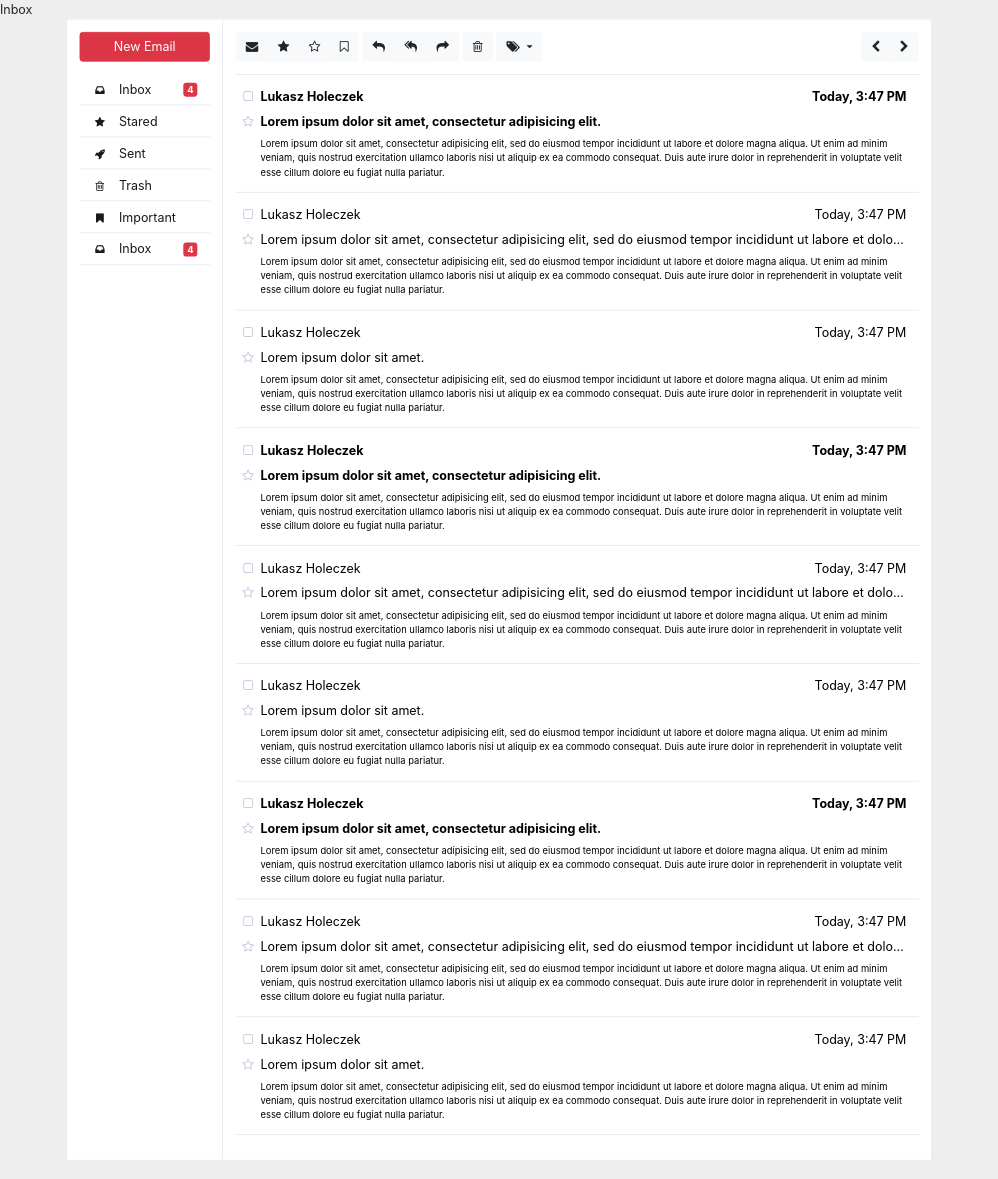
Repository: lastbronx41/bootstrap_mail
Page: inbox.html
These files come from the project's save history. The page is drawn as it stood at one moment and after a run of saves; the edit follows.
The browser window is 1280 px wide. The pictures show the whole page, at 78% of full size.
Some icons come from a web library that is not loaded, so they are not drawn. Some web libraries are served in a nearby version.

Above is the page before, as saved 2022-11-19 20:45:04.

After the next 2 saves:
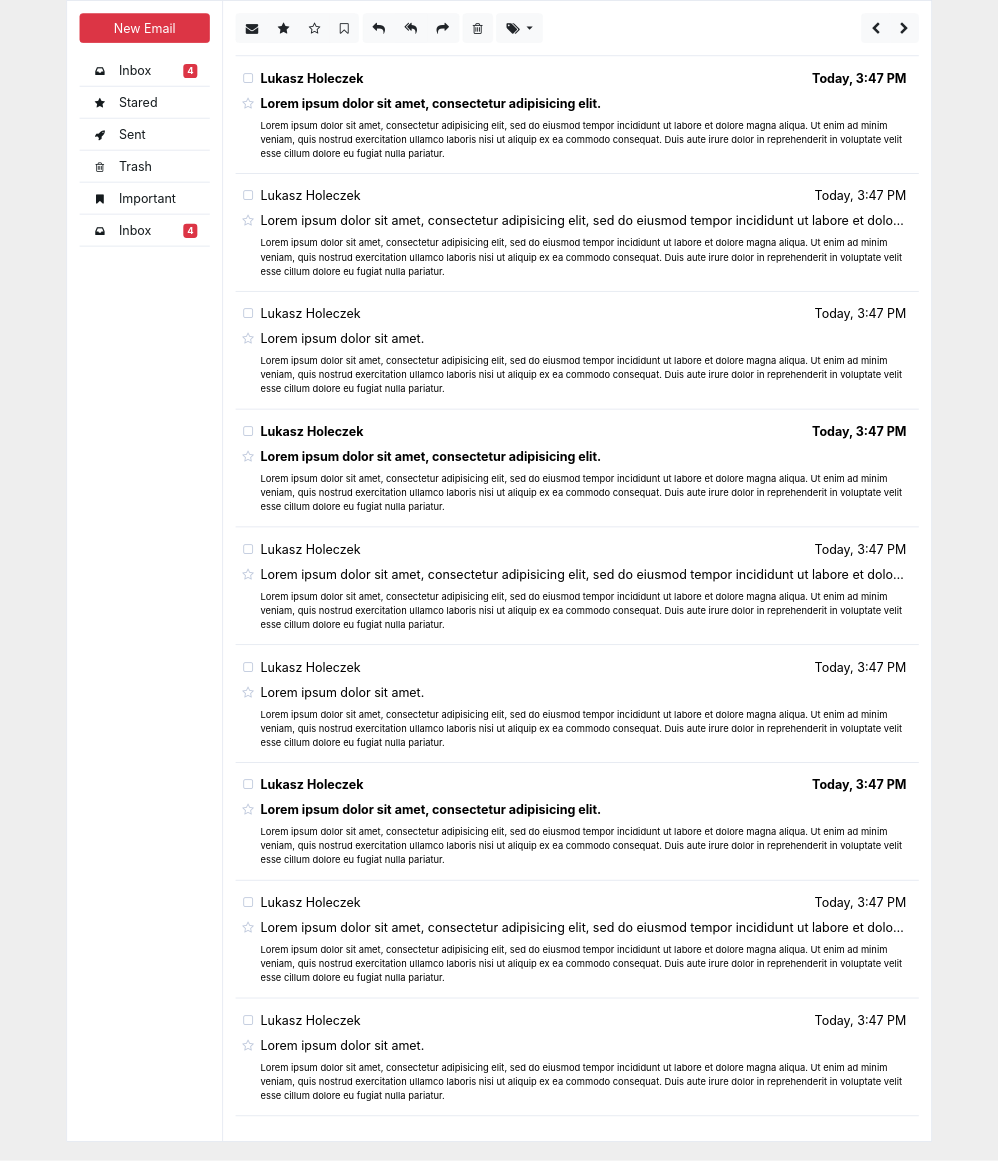
The 2 saves are shown as one change because they came seconds apart.
The last was saved 5 min 34 s later.
--- a/inbox.html
+++ b/inbox.html
@@ -11,7 +11,7 @@
 		/>
 		<link
 			href="./stylesheet.css"
-			rel="stylesheet"
+			rel="stylesheet" />
 		<title>Inbox</title>
 	</head>
 	<body>
